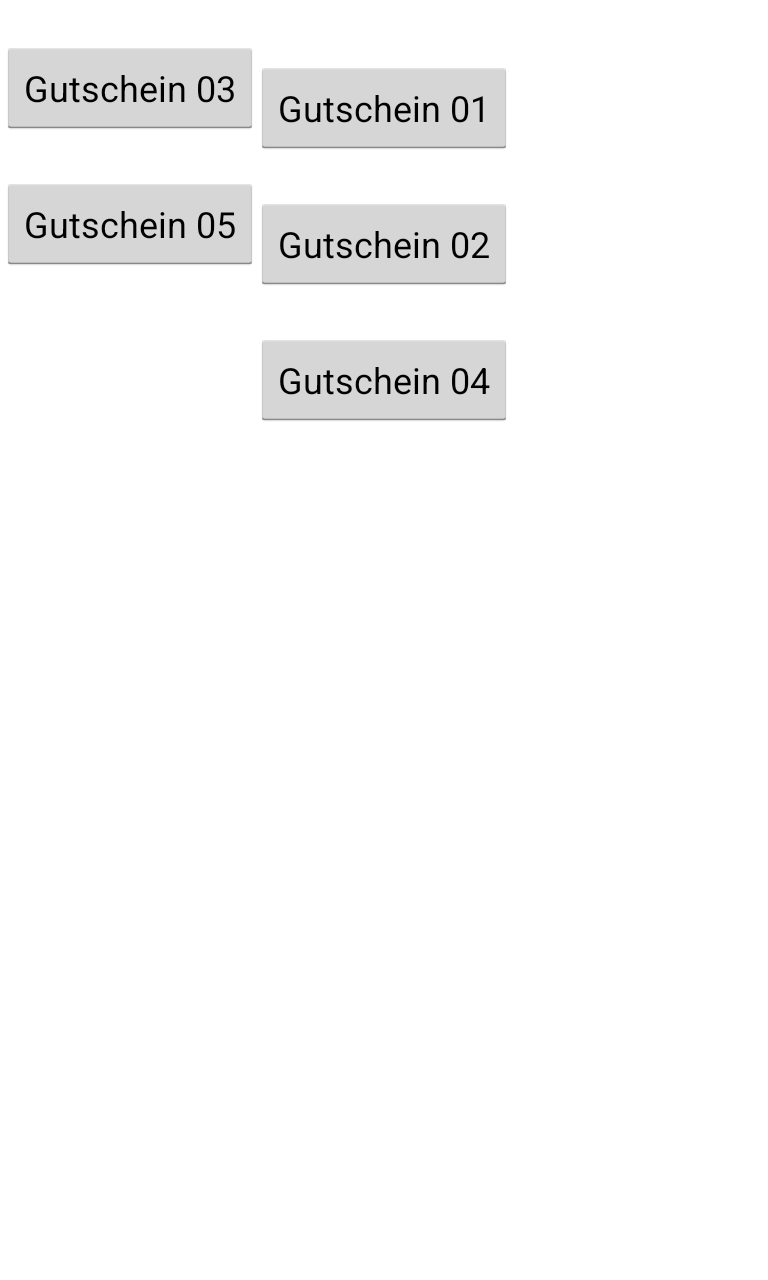
Repository: flashback2k12/ChristmasPresent
Layout: ChristmasPresent/res/layout/activity_checkbox2.xml
These files come from the project's save history. The layout is drawn as it stood at one moment and after the next save; the edit follows.
It is drawn on a 768 x 1280 px phone screen (xhdpi) without system bars, with theme AppTheme; the app's code is not run.

Above is the layout before, as saved 2012-12-18 20:02:31.

After the next save:
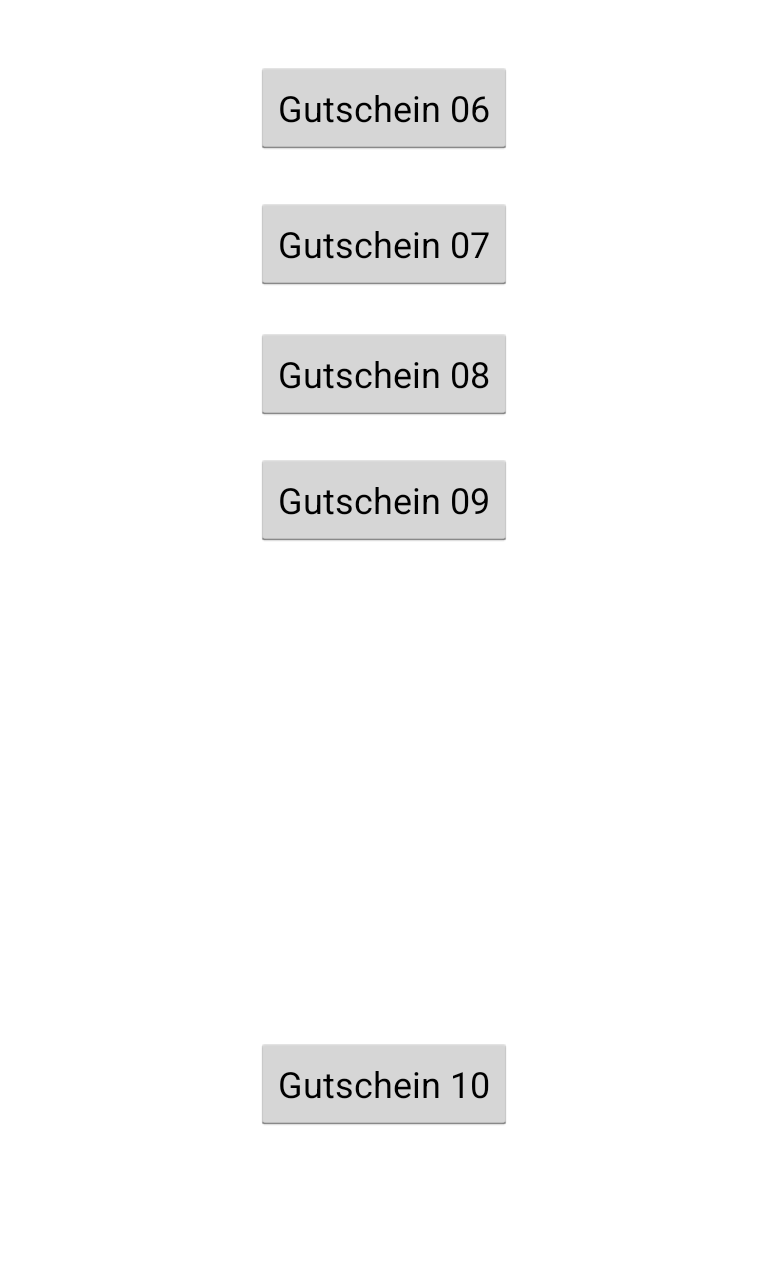
Saved 20 s later.
--- a/ChristmasPresent/res/layout/activity_checkbox2.xml
+++ b/ChristmasPresent/res/layout/activity_checkbox2.xml
@@ -13,7 +13,7 @@
         android:layout_marginRight="50dp"
         android:layout_marginTop="30dp"
         android:onClick="FirstCoupon"
-        android:text="@string/checkbox1" />
+        android:text="@string/checkbox6" />
 
     <Button
         android:id="@+id/Button07"
@@ -23,36 +23,36 @@
         android:layout_below="@+id/button6"
         android:layout_marginTop="20dp"
         android:onClick="SecoundCoupon"
-        android:text="@string/checkbox2" />
+        android:text="@string/checkbox7" />
 
     <Button
         android:id="@+id/Button08"
         android:layout_width="wrap_content"
         android:layout_height="wrap_content"
-        android:layout_alignLeft="@+id/Button06"
-        android:layout_below="@+id/Button06"
-        android:layout_marginTop="20dp"
+        android:layout_alignLeft="@+id/Button07"
+        android:layout_below="@+id/Button07"
+        android:layout_marginTop="17dp"
         android:onClick="ThirdCoupon"
-        android:text="@string/checkbox3" />
+        android:text="@string/checkbox8" />
+
+    <Button
+        android:id="@+id/Button10"
+        android:layout_width="wrap_content"
+        android:layout_height="wrap_content"
+        android:layout_alignLeft="@+id/Button09"
+        android:layout_alignParentBottom="true"
+        android:layout_marginBottom="74dp"
+        android:onClick="FifthCoupon"
+        android:text="@string/checkbox10" />
 
     <Button
         android:id="@+id/Button09"
         android:layout_width="wrap_content"
         android:layout_height="wrap_content"
-        android:layout_alignLeft="@+id/Button07"
-        android:layout_below="@+id/Button07"
-        android:layout_marginTop="20dp"
-        android:onClick="FourthCoupon"
-        android:text="@string/checkbox4" />
-
-    <Button
-        android:id="@+id/Button10"
-        android:layout_width="wrap_content"
-        android:layout_height="wrap_content"
         android:layout_alignLeft="@+id/Button08"
         android:layout_below="@+id/Button08"
-        android:layout_marginTop="20dp"
-        android:onClick="FifthCoupon"
-        android:text="@string/checkbox5" />
+        android:layout_marginTop="15dp"
+        android:onClick="FourthCoupon"
+        android:text="@string/checkbox9" />
 
 </RelativeLayout>
